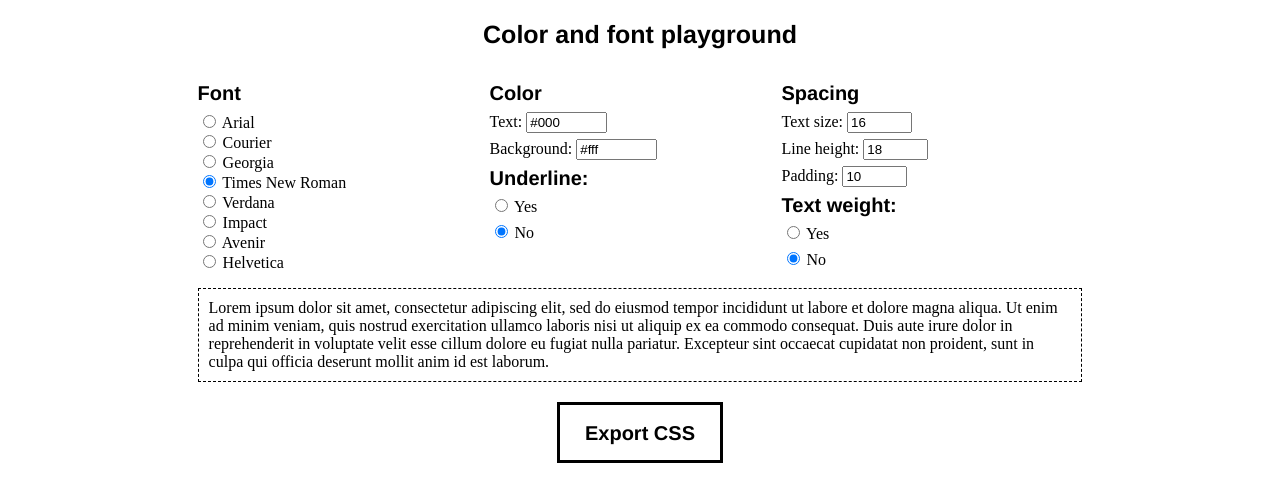
Repository: cicomsa/myCodeStory
Page: week1/day4.html
An editor plug-in stored every save of this project. The page is shown before and after the next save, followed by the edit.
The browser window is 1280 px wide. The pictures show the whole page.

Above is the page before, as saved 2018-05-28 19:35:14.

After the next save:
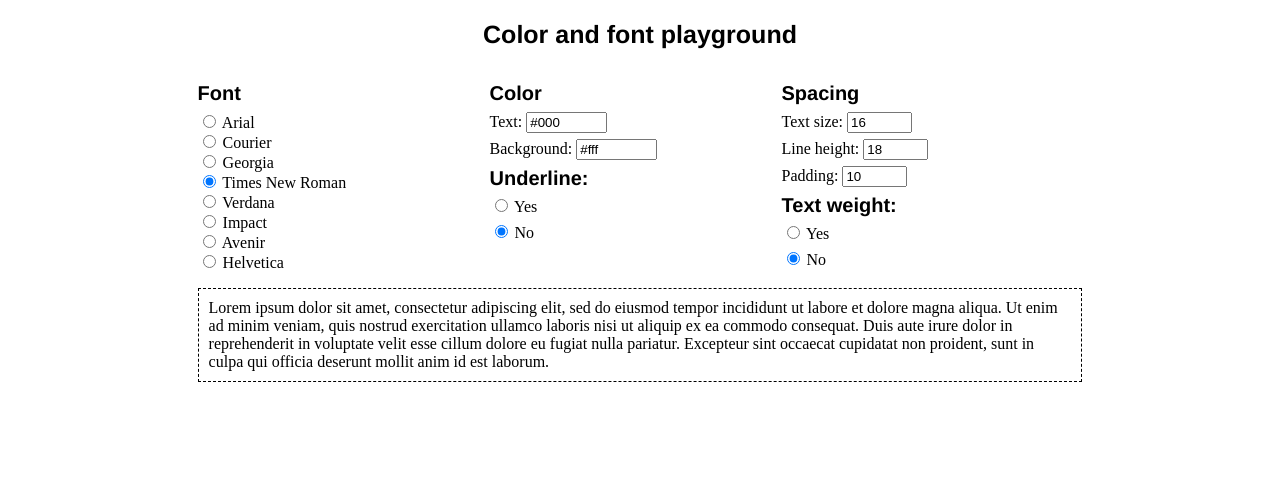
Saved 23 s later.
--- a/week1/day4.html
+++ b/week1/day4.html
@@ -96,9 +96,9 @@
       Lorem ipsum dolor sit amet, consectetur adipiscing elit, sed do eiusmod tempor incididunt ut labore et dolore magna aliqua. Ut enim ad minim veniam, quis nostrud exercitation ullamco laboris nisi ut aliquip ex ea commodo consequat. Duis aute irure dolor in reprehenderit in voluptate velit esse cillum dolore eu fugiat nulla pariatur. Excepteur sint occaecat cupidatat non proident, sunt in culpa qui officia deserunt mollit anim id est laborum.
     </div>
 
-    <div id="exportCSS">
+    <!-- <div id="exportCSS">
       <h2>Export CSS</h2>
-    </div>
+    </div> -->
 
   </div>
 <script>
